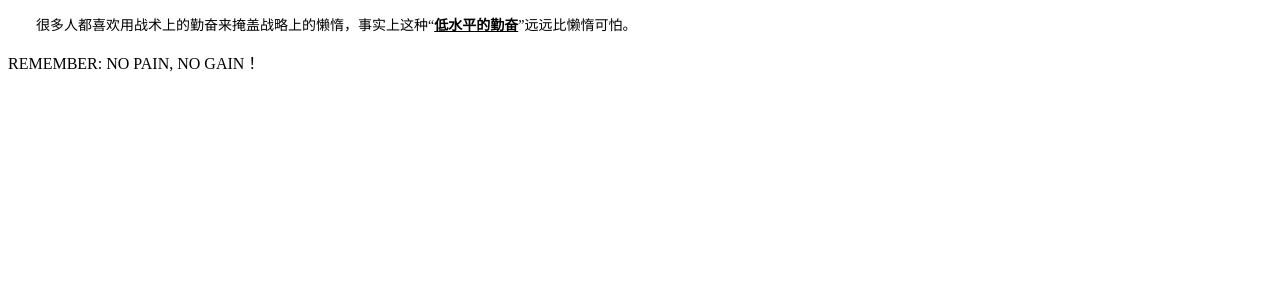
Repository: SharkPem/WebLearn
Page: learn_html_css_1/practise_14.html
These files come from the project's save history. The page is drawn as it stood at one moment and after the next save; the edit follows.
The browser window is 1280 px wide. The pictures show the whole page.

Above is the page before, as saved 2022-03-29 09:33:21.

### learn_html_css_1/practise_14.html
<!DOCTYPE html>
<html>
<head>
    <meta charset="utf-8" />
    <title>practise_14</title>

    <style type="text/css">
        #one{
            font-size: 14px;
            text-indent: 28px;
        }
        #two{
            font-weight: bold;
            text-decoration:underline;
        }
        #three{
            text-transform: uppercase;
        }
    </style>
</head>
<body>
    <p id="one">很多人都喜欢用战术上的勤奋来掩盖战略上的懒惰，事实上这种“<span id="two">低水平的勤奋</span>”远远比懒惰可怕。</p>
    <p id="three">Remember: no pain, no gain！</p>
</body>
</html>

After the next save:
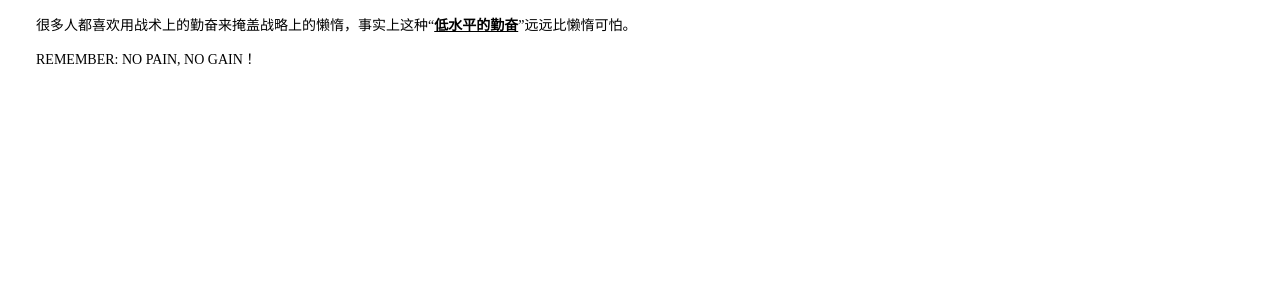
Saved 69 s later.
--- a/learn_html_css_1/practise_14.html
+++ b/learn_html_css_1/practise_14.html
@@ -5,7 +5,7 @@
     <title>practise_14</title>
 
     <style type="text/css">
-        #one{
+        p{
             font-size: 14px;
             text-indent: 28px;
         }
